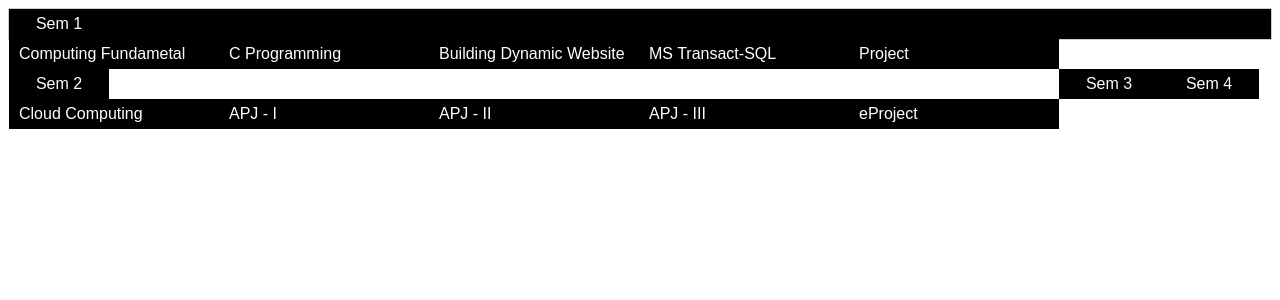
Repository: congle98/CSS_MenuNgangCoBan
Page: index.html
The author's editor kept a copy of each file at every save. The page is drawn from the files as they stood at one save, then again after the next save.
The browser window is 1280 px wide. The pictures show the whole page.

Above is the page before, as saved 2021-05-26 14:54:35.

After the next save:
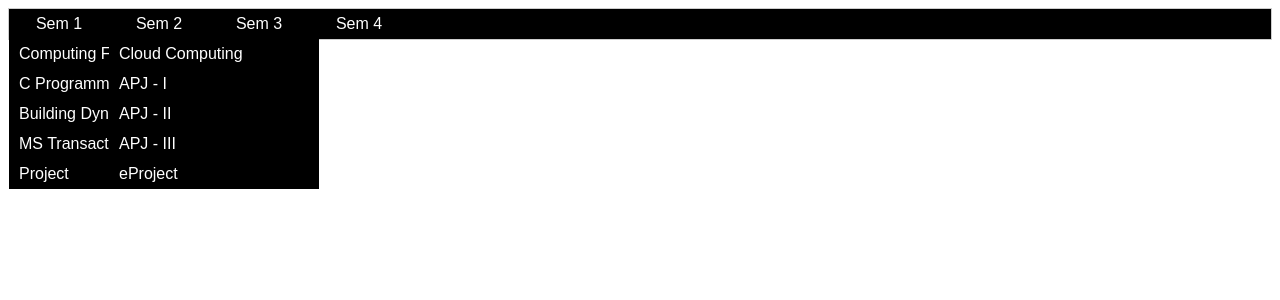
Saved 76 s later.
--- a/style.css
+++ b/style.css
@@ -40,3 +40,7 @@ body{
 #menu li a:hover{
     background-color: red;
 }
+#menu ul ul{
+    position: absolute;
+    top: 30px;
+}
